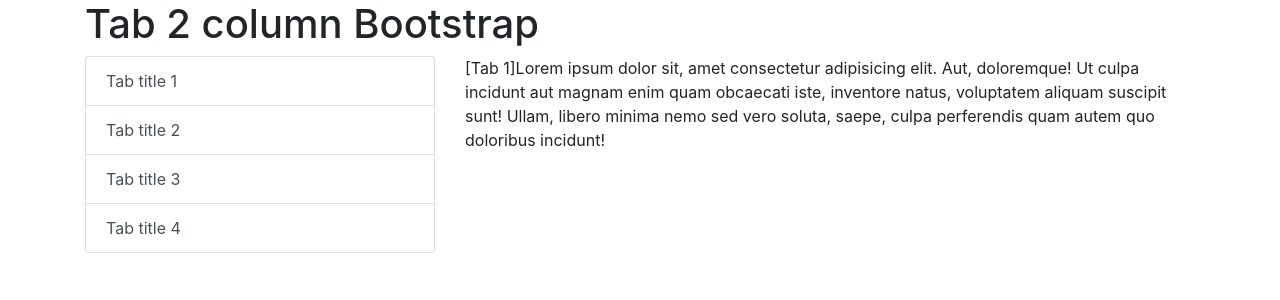
Repository: anhtu2110/front_end
Page: lesson/bootstrap/advance/5.21-tab-2-column.html
An editor plug-in stored every save of this project. The page is shown before and after the next save, followed by the edit.
The browser window is 1280 px wide. The pictures show the whole page.

Above is the page before, as saved 2022-12-18 18:32:32.

After the next save:
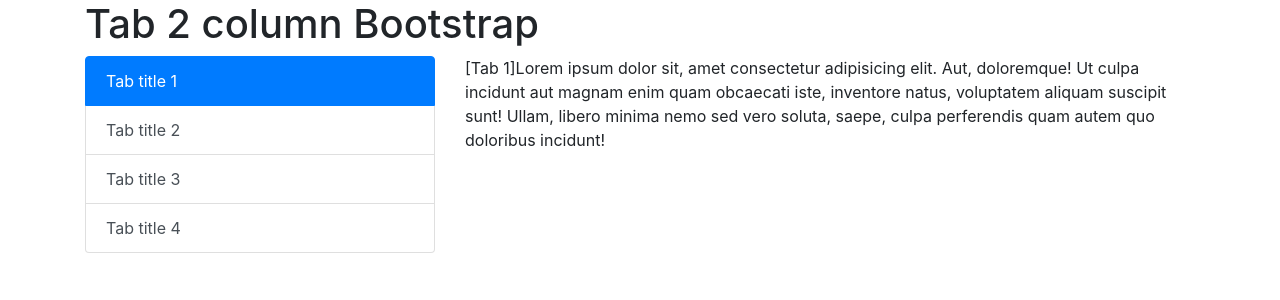
Saved 14 s later.
--- a/lesson/bootstrap/advance/5.21-tab-2-column.html
+++ b/lesson/bootstrap/advance/5.21-tab-2-column.html
@@ -21,7 +21,8 @@
                 <div class="list-group">
                     <!-- <a href="#tab-1" class="list-group-item list-group-item-action active" data-toggle="list">Tab title
                         1</a> -->
-                    <a href="#tab-1" class="list-group-item list-group-item-action" data-toggle="list">Tab title 1</a>
+                    <a href="#tab-1" class="list-group-item list-group-item-action active" data-toggle="list">Tab title
+                        1</a>
                     <a href="#tab-2" class="list-group-item list-group-item-action" data-toggle="list">Tab title 2</a>
                     <a href="#tab-3" class="list-group-item list-group-item-action" data-toggle="list">Tab title 3</a>
                     <a href="#tab-4" class="list-group-item list-group-item-action" data-toggle="list">Tab title 4</a>

After the save that followed:
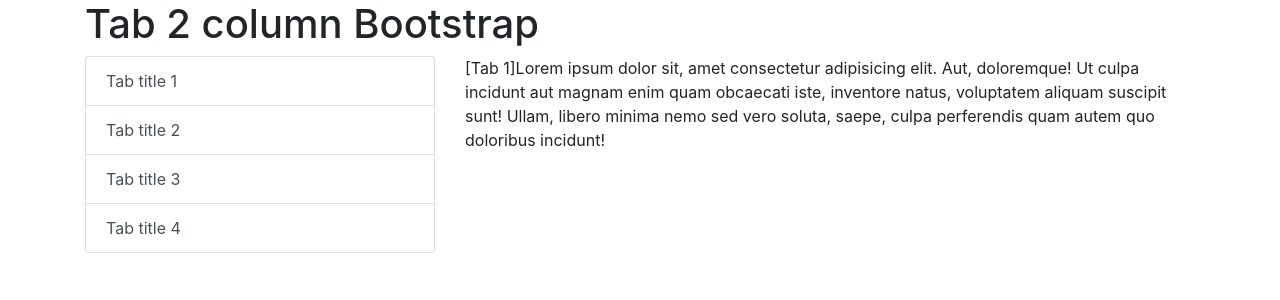
Saved 17 s later.
--- a/lesson/bootstrap/advance/5.21-tab-2-column.html
+++ b/lesson/bootstrap/advance/5.21-tab-2-column.html
@@ -21,7 +21,7 @@
                 <div class="list-group">
                     <!-- <a href="#tab-1" class="list-group-item list-group-item-action active" data-toggle="list">Tab title
                         1</a> -->
-                    <a href="#tab-1" class="list-group-item list-group-item-action active" data-toggle="list">Tab title
+                    <a href="#tab-1" class="list-group-item list-group-item-action " data-toggle="list">Tab title
                         1</a>
                     <a href="#tab-2" class="list-group-item list-group-item-action" data-toggle="list">Tab title 2</a>
                     <a href="#tab-3" class="list-group-item list-group-item-action" data-toggle="list">Tab title 3</a>
